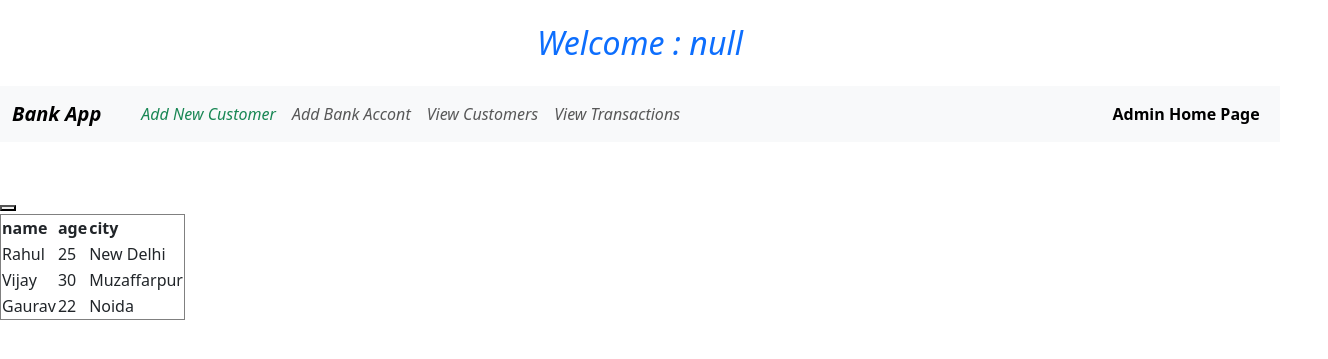
Repository: Niket-mishra/Dummy
Page: http://localhost/Mini-Project/AdminHomePage.jsp
The author's editor kept a copy of each file at every save. The page is drawn from the files as they stood at one save, then again after the next save.
The browser window is 1280 px wide. The page is 1280 px wide, then 1328 px, so the pictures cover 1328 px, including what lies to the right of the window. The pictures show the whole page.
After loading, the first visible `button` was clicked once.
The page is served by Tomcat 10. Other server files are loaded and not shown.

Above is the page before, as saved 2024-05-10 18:19:37.

### Mini-Project/src/main/webapp/AdminHomePage.jsp
<%@ page language="java" contentType="text/html; charset=ISO-8859-1"
    pageEncoding="ISO-8859-1"%>

<!DOCTYPE html>
<html>
<head>
<meta charset="ISO-8859-1">
<link href="https://cdn.jsdelivr.net/npm/bootstrap@5.3.3/dist/css/bootstrap.min.css" rel="stylesheet">

<title>Admin Home</title>

 <style>

        #myDiv {
            display: none;
            margin-top: 10px;
            cursor: pointer;
        }

        #myDiv1 {
             display: none;
            margin-top: 10px;
            cursor: pointer;
        }
        #myDiv2 {
             display: none;
            margin-top: 10px;
            cursor: pointer;
        }
        #myDiv3 {
             display: none;
            margin-top: 10px;
            cursor: pointer;
        }

    </style>

</head>
<body>
<% String name = String.valueOf(session.getAttribute("name1")); %>
<h2 class ="mb-4 mt-4 fst-italic text-primary text-center">Welcome : <%=name %></h2>
<nav class="navbar navbar-expand-lg bg-body-tertiary mb-5">
  <div class="container-fluid">
    <a class="navbar-brand" href="/"><b><i>Bank App</i></b></a>
    <button class="navbar-toggler" type="button" data-bs-toggle="collapse" data-bs-target="#navbarText" aria-controls="navbarText" aria-expanded="false" aria-label="Toggle navigation">
      <span class="navbar-toggler-icon"></span>
    </button>
    <div class="collapse navbar-collapse ms-3" id="navbarText">
      <ul class="navbar-nav me-auto mb-2 mb-lg-0">
        <li class="nav-item">
          <a class="nav-link active fst-italic align-bottom d-flex justify-content-end link-success link-offset-2 link-underline-opacity-25 link-underline-opacity-100-hover" id="myAnchor" onclick="showDiv()" >Add New Customer</a>
        </li>
        <li class="nav-item fst-italic align-bottom d-flex justify-content-end link-success link-offset-2 link-underline-opacity-25 link-underline-opacity-100-hover">
          <a class="nav-link" href="#" onclick="hideDiv()">Add Bank Accont</a>
        </li>
        <li class="nav-item fst-italic align-bottom d-flex justify-content-end link-success link-offset-2 link-underline-opacity-25 link-underline-opacity-100-hover">
          <a class="nav-link" onclick="showDiv2()">View Customers</a>
        </li>
        <li class="nav-item fst-italic align-bottom d-flex justify-content-end link-success link-offset-2 link-underline-opacity-25 link-underline-opacity-100-hover">
          <a class="nav-link" onclick="showDiv3()">View Transactions</a>
        </li>
      </ul>
      <span class="navbar-text">
        <b> <a href ="AdminHomePage.jsp" class="text-decoration-none">Admin Home Page</a> &nbsp;</b>
      </span>
    </div>
  </div>
</nav>

<div class=" translate-middle  p-4 m-5 rounded bg-white" id="myDiv">
<h2 class ="mb-4 fst-italic text-primary ms-5 ps-5">Add New Customer</h2>
<form action="SignUpController" class="m-5 ps-5 pe-5">
<div class="input-group mb-3">
  <span class="input-group-text">First & Last Name</span>
  <input type="text" aria-label="text" class="form-control" placeholder="First Name" required>
   <input type="text" aria-label="text" class="form-control" placeholder="Last Name" required>
</div>
<div class="input-group mb-3">
  <span class="input-group-text">Login Id</span>
  <input type="email" aria-label="Email" class="form-control" placeholder="Enter Your Email" required>
</div>

<div class="input-group mb-3">
  <span class="input-group-text">Password</span>
  <input type="password" aria-label="password" class="form-control" placeholder="Create New Password" required>
</div>

<div class="vstack gap-2 col-md-12 mx-auto">
<input type ="submit" value ="Sign Up" class="btn btn-success">
<input type ="reset" value ="Cancel" class = "btn btn-danger">
</div>
</form>
</div>

<div id ="myDiv1">
<h2 class ="mb-4 fst-italic text-primary ms-5 ps-5">Add Bank Account</h2>
<form class="m-5 ps-5 pe-5" action="AdminController" onsubmit="" method="post">
<div class="vstack gap-2 col-md-12 mx-auto">
<div class="form-floating mb-3 border border-success-subtle rounded-3">
  <input type="text" class="form-control rounded-3" id="floatingInput" placeholder="c" name ="id" required>
  <label for="floatingInput">Search by Customer Id</label>
</div>
</div>
<input type="submit" value="Search" class="btn btn-success align-self-end justify-content-end pe-5 ps-5 rounded-5" onclick="subDiv()" id="btn" >
</form>
</div>

<div id = "myDiv2">
<h2 class ="mb-4 fst-italic text-primary ms-5 ps-5">Customer Details</h2>
 <table id="customerTable" border="1" class="table table-hover ms-5 me-5 ps-5 pe-5 mb-4">
        <thead class="pe-5">
            <tr>
                <th>First Name</th>
                <th>Last Name</th>
                <th>Email</th>
                <th>Account Number</th>
                <th>Balance</th>
            </tr>
        </thead>
        <tbody class="pe-5">

        </tbody>
    </table>
</div>


<div id = "myDiv3">
<h2 class ="mb-4 fst-italic text-primary ms-5 ps-5">All Transaction</h2>
 <table id="TransactionTable" border="1" class="table table-hover ms-5 me-5 ps-5 pe-5 mb-4">
        <thead>
            <tr>
                <th>Sender A/c No</th>
                <th>Reciever A/c No</th>
                <th>Type of Transaction</th>
                <th>Amount</th>
                <th>Date</th>
            </tr>
        </thead>
        <tbody id="customerTableBody">
            <!-- Table body will be populated dynamically -->
        </tbody>
    </table>
</div>
<button onclick="createTableWithForEach()"></button>
</div>






<script>
    function showDiv() {
        var divElement = document.getElementById("myDiv");
        var divElement1 = document.getElementById("myDiv1");
        var divElement2 = document.getElementById("myDiv2");
        var divElement3 = document.getElementById("myDiv3");

        if(divElement.style.display = "inline"){
        	divElement1.style.display = "none";
        	divElement2.style.display = "none";
        	divElement3.style.display = "none";
        }
    }
    function hideDiv() {
        var divElement = document.getElementById("myDiv");
        var divElement1 = document.getElementById("myDiv1");
        var divElement2 = document.getElementById("myDiv2");
        var divElement2 = document.getElementById("myDiv3");

        if (divElement1.style.display = "inline") {
        	divElement.style.display = "none";
        	divElement2.style.display = "none";
        	divElement3.style.display = "none";
		}
    }
    function showDiv2() {
        var divElement = document.getElementById("myDiv");
        var divElement1 = document.getElementById("myDiv1");
        var divElement2 = document.getElementById("myDiv2");
        var divElement3 = document.getElementById("myDiv3");

        if(divElement2.style.display = "inline"){
        	divElement.style.display = "none";
        	divElement1.style.display = "none";
        	divElement3.style.display = "none";
        }
    }
    function showDiv3() {
        var divElement = document.getElementById("myDiv");
        var divElement1 = document.getElementById("myDiv1");
        var divElement2 = document.getElementById("myDiv2");
        var divElement3 = document.getElementById("myDiv3");

        if(divElement3.style.display = "inline"){
        	divElement1.style.display = "none";
        	divElement2.style.display = "none";
        	divElement.style.display = "none";
        }
    }


//    ------


 const data = [
            { name: 'Rahul', age: 25, city: 'New Delhi' },
            { name: 'Vijay', age: 30, city: 'Muzaffarpur' },
            { name: 'Gaurav', age: 22, city: 'Noida' },
        ];

        function createTableWithForEach() {
            const table = document.createElement('table');
            table.setAttribute('border', '1');

            const headerRow = document.createElement('tr');
            Object.keys(data[0]).forEach(key => {
                const th = document.createElement('th');
                th.appendChild(document.createTextNode(key));
                headerRow.appendChild(th);
            });
            table.appendChild(headerRow);

            data.forEach(item => {
                const row = document.createElement('tr');
                Object.values(item).forEach(value => {
                    const td = document.createElement('td');
                    td.appendChild(document.createTextNode(value));
                    row.appendChild(td);
                });
                table.appendChild(row);
            });

            document.body.appendChild(table);
        }



</script>

</body>
</html>

After the next save:
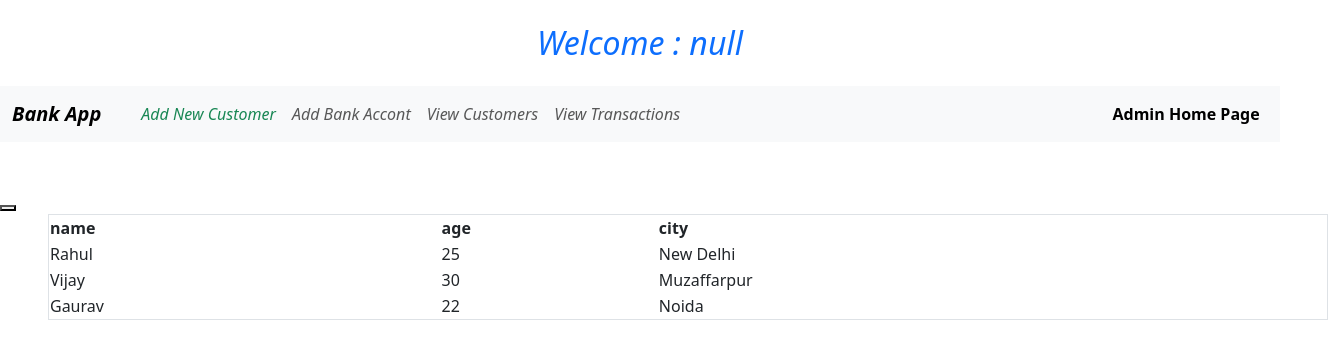
Saved 91 s later.
--- a/Mini-Project/src/main/webapp/AdminHomePage.jsp
+++ b/Mini-Project/src/main/webapp/AdminHomePage.jsp
@@ -212,6 +212,7 @@
         function createTableWithForEach() {
             const table = document.createElement('table');
             table.setAttribute('border', '1');
+            table.setAttribute('class', 'table table-hover ms-5 me-5 ps-5 pe-5 mb-4');
 
             const headerRow = document.createElement('tr');
             Object.keys(data[0]).forEach(key => {
